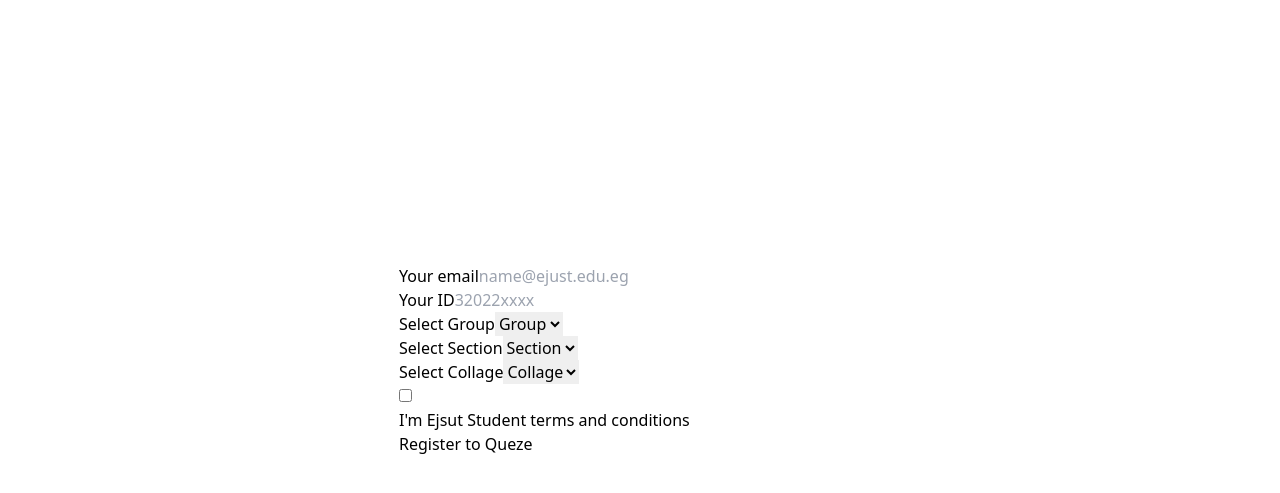
Repository: AbdalrahmanEldeep/FIBOTIC
Page: /
The author's editor kept a copy of each file at every save. The page is drawn from the files as they stood at one save, then again after the next save.
The browser window is 1280 px wide. The pictures show the whole page.
The project was rebuilt for these pictures with package versions that can differ from the ones it lists, and the page was loaded fresh each time. Also part of the build but not shown: vite.config.js, src/pages/protecter.jsx, src/pages/exame.jsx.

Above is the page before, as saved 2023-01-06 22:57:43.

### index.html
<!DOCTYPE html>
<html lang="en">
  <head>
    <meta charset="UTF-8" />
    <link rel="icon" type="image/svg+xml" href="/vite.svg" />
    <meta name="viewport" content="width=device-width, initial-scale=1.0" />
    <title>FIBO</title>
    <!-- Tailwindcss -->
    <link rel="stylesheet" href="/src/global/app.css">
  </head>
  <body>
    <div id="root"></div>
    <script type="module" src="/src/main.jsx"></script>
  </body>
</html>

### src/global/app.css
/*
! tailwindcss v3.2.4 | MIT License | https://tailwindcss.com
*/

/*
1. Prevent padding and border from affecting element width. (https://github.com/mozdevs/cssremedy/issues/4)
2. Allow adding a border to an element by just adding a border-width. (https://github.com/tailwindcss/tailwindcss/pull/116)
*/

*,
::before,
::after {
  box-sizing: border-box;
  /* 1 */
  border-width: 0;
  /* 2 */
  border-style: solid;
  /* 2 */
  border-color: #e5e7eb;
  /* 2 */
}

::before,
::after {
  --tw-content: '';
}

/*
1. Use a consistent sensible line-height in all browsers.
2. Prevent adjustments of font size after orientation changes in iOS.
3. Use a more readable tab size.
4. Use the user's configured `sans` font-family by default.
5. Use the user's configured `sans` font-feature-settings by default.
*/

html {
  line-height: 1.5;
  /* 1 */
  -webkit-text-size-adjust: 100%;
  /* 2 */
  -moz-tab-size: 4;
  /* 3 */
  -o-tab-size: 4;
     tab-size: 4;
  /* 3 */
  font-family: ui-sans-serif, system-ui, -apple-system, BlinkMacSystemFont, "Segoe UI", Roboto, "Helvetica Neue", Arial, "Noto Sans", sans-serif, "Apple Color Emoji", "Segoe UI Emoji", "Segoe UI Symbol", "Noto Color Emoji";
  /* 4 */
  font-feature-settings: normal;
  /* 5 */
}

/*
1. Remove the margin in all browsers.
2. Inherit line-height from `html` so users can set them as a class directly on the `html` element.
*/

body {
  margin: 0;
  /* 1 */
  line-height: inherit;
  /* 2 */
}

/*
1. Add the correct height in Firefox.
2. Correct the inheritance of border color in Firefox. (https://bugzilla.mozilla.org/show_bug.cgi?id=190655)
3. Ensure horizontal rules are visible by default.
*/

hr {
  height: 0;
  /* 1 */
  color: inherit;
  /* 2 */
  border-top-width: 1px;
  /* 3 */
}

/*
Add the correct text decoration in Chrome, Edge, and Safari.
*/

abbr:where([title]) {
  -webkit-text-decoration: underline dotted;
          text-decoration: underline dotted;
}

/*
Remove the default font size and weight for headings.
*/

h1,
h2,
h3,
h4,
h5,
h6 {
  font-size: inherit;
  font-weight: inherit;
}

/*
Reset links to optimize for opt-in styling instead of opt-out.
*/

a {
  color: inherit;
  text-decoration: inherit;
}

/*
Add the correct font weight in Edge and Safari.
*/

b,
strong {
  font-weight: bolder;
}

/*
1. Use the user's configured `mono` font family by default.
2. Correct the odd `em` font sizing in all browsers.
*/

code,
kbd,
samp,
pre {
  font-family: ui-monospace, SFMono-Regular, Menlo, Monaco, Consolas, "Liberation Mono", "Courier New", monospace;
  /* 1 */
  font-size: 1em;
  /* 2 */
}

/*
Add the correct font size in all browsers.
*/

small {
  font-size: 80%;
}

/*
Prevent `sub` and `sup` elements from affecting the line height in all browsers.
*/

sub,
sup {
  font-size: 75%;
  line-height: 0;
  position: relative;
  vertical-align: baseline;
}

sub {
  bottom: -0.25em;
}

sup {
  top: -0.5em;
}

/*
1. Remove text indentation from table contents in Chrome and Safari. (https://bugs.chromium.org/p/chromium/issues/detail?id=999088, https://bugs.webkit.org/show_bug.cgi?id=201297)
2. Correct table border color inheritance in all Chrome and Safari. (https://bugs.chromium.org/p/chromium/issues/detail?id=935729, https://bugs.webkit.org/show_bug.cgi?id=195016)
3. Remove gaps between table borders by default.
*/

table {
  text-indent: 0;
  /* 1 */
  border-color: inherit;
  /* 2 */
  border-collapse: collapse;
  /* 3 */
}

/*
1. Change the font styles in all browsers.
2. Remove the margin in Firefox and Safari.
3. Remove default padding in all browsers.
*/

button,
input,
optgroup,
select,
textarea {
  font-family: inherit;
  /* 1 */
  font-size: 100%;
  /* 1 */
  font-weight: inherit;
  /* 1 */
  line-height: inherit;
  /* 1 */
  color: inherit;
  /* 1 */
  margin: 0;
  /* 2 */
  padding: 0;
  /* 3 */
}

/*
Remove the inheritance of text transform in Edge and Firefox.
*/

button,
select {
  text-transform: none;
}

/*
1. Correct the inability to style clickable types in iOS and Safari.
2. Remove default button styles.
*/

button,
[type='button'],
[type='reset'],
[type='submit'] {
  -webkit-appearance: button;
  /* 1 */
  background-color: transparent;
  /* 2 */
  background-image: none;
  /* 2 */
}

/*
Use the modern Firefox focus style for all focusable elements.
*/

:-moz-focusring {
  outline: auto;
}

/*
Remove the additional `:invalid` styles in Firefox. (https://github.com/mozilla/gecko-dev/blob/2f9eacd9d3d995c937b4251a5557d95d494c9be1/layout/style/res/forms.css#L728-L737)
*/

:-moz-ui-invalid {
  box-shadow: none;
}

/*
Add the correct vertical alignment in Chrome and Firefox.
*/

progress {
  vertical-align: baseline;
}

/*
Correct the cursor style of increment and decrement buttons in Safari.
*/

::-webkit-inner-spin-button,
::-webkit-outer-spin-button {
  height: auto;
}

/*
1. Correct the odd appearance in Chrome and Safari.
2. Correct the outline style in Safari.
*/

[type='search'] {
  -webkit-appearance: textfield;
  /* 1 */
  outline-offset: -2px;
  /* 2 */
}

/*
Remove the inner padding in Chrome and Safari on macOS.
*/

::-webkit-search-decoration {
  -webkit-appearance: none;
}

/*
1. Correct the inability to style clickable types in iOS and Safari.
2. Change font properties to `inherit` in Safari.
*/

::-webkit-file-upload-button {
  -webkit-appearance: button;
  /* 1 */
  font: inherit;
  /* 2 */
}

/*
Add the correct display in Chrome and Safari.
*/

summary {
  display: list-item;
}

/*
Removes the default spacing and border for appropriate elements.
*/

blockquote,
dl,
dd,
h1,
h2,
h3,
h4,
h5,
h6,
hr,
figure,
p,
pre {
  margin: 0;
}

fieldset {
  margin: 0;
  padding: 0;
}

legend {
  padding: 0;
}

ol,
ul,
menu {
  list-style: none;
  margin: 0;
  padding: 0;
}

/*
Prevent resizing textareas horizontally by default.
*/

textarea {
  resize: vertical;
}

/*
1. Reset the default placeholder opacity in Firefox. (https://github.com/tailwindlabs/tailwindcss/issues/3300)
2. Set the default placeholder color to the user's configured gray 400 color.
*/

input::-moz-placeholder, textarea::-moz-placeholder {
  opacity: 1;
  /* 1 */
  color: #9ca3af;
  /* 2 */
}

input::placeholder,
textarea::placeholder {
  opacity: 1;
  /* 1 */
  color: #9ca3af;
  /* 2 */
}

/*
Set the default cursor for buttons.
*/

button,
[role="button"] {
  cursor: pointer;
}

/*
Make sure disabled buttons don't get the pointer cursor.
*/

:disabled {
  cursor: default;
}

/*
1. Make replaced elements `display: block` by default. (https://github.com/mozdevs/cssremedy/issues/14)
2. Add `vertical-align: middle` to align replaced elements more sensibly by default. (https://github.com/jensimmons/cssremedy/issues/14#issuecomment-634934210)
   This can trigger a poorly considered lint error in some tools but is included by design.
*/

img,
svg,
video,
canvas,
audio,
iframe,
embed,
object {
  display: block;
  /* 1 */
  vertical-align: middle;
  /* 2 */
}

/*
Constrain images and videos to the parent width and preserve their intrinsic aspect ratio. (https://github.com/mozdevs/cssremedy/issues/14)
*/

img,
video {
  max-width: 100%;
  height: auto;
}

/* Make elements with the HTML hidden attribute stay hidden by default */

[hidden] {
  display: none;
}

*, ::before, ::after {
  --tw-border-spacing-x: 0;
  --tw-border-spacing-y: 0;
  --tw-translate-x: 0;
  --tw-translate-y: 0;
  --tw-rotate: 0;
  --tw-skew-x: 0;
  --tw-skew-y: 0;
  --tw-scale-x: 1;
  --tw-scale-y: 1;
  --tw-pan-x:  ;
  --tw-pan-y:  ;
  --tw-pinch-zoom:  ;
  --tw-scroll-snap-strictness: proximity;
  --tw-ordinal:  ;
  --tw-slashed-zero:  ;
  --tw-numeric-figure:  ;
  --tw-numeric-spacing:  ;
  --tw-numeric-fraction:  ;
  --tw-ring-inset:  ;
  --tw-ring-offset-width: 0px;
  --tw-ring-offset-color: #fff;
  --tw-ring-color: rgb(59 130 246 / 0.5);
  --tw-ring-offset-shadow: 0 0 #0000;
  --tw-ring-shadow: 0 0 #0000;
  --tw-shadow: 0 0 #0000;
  --tw-shadow-colored: 0 0 #0000;
  --tw-blur:  ;
  --tw-brightness:  ;
  --tw-contrast:  ;
  --tw-grayscale:  ;
  --tw-hue-rotate:  ;
  --tw-invert:  ;
  --tw-saturate:  ;
  --tw-sepia:  ;
  --tw-drop-shadow:  ;
  --tw-backdrop-blur:  ;
  --tw-backdrop-brightness:  ;
  --tw-backdrop-contrast:  ;
  --tw-backdrop-grayscale:  ;
  --tw-backdrop-hue-rotate:  ;
  --tw-backdrop-invert:  ;
  --tw-backdrop-opacity:  ;
  --tw-backdrop-saturate:  ;
  --tw-backdrop-sepia:  ;
}

::backdrop {
  --tw-border-spacing-x: 0;
  --tw-border-spacing-y: 0;
  --tw-translate-x: 0;
  --tw-translate-y: 0;
  --tw-rotate: 0;
  --tw-skew-x: 0;
  --tw-skew-y: 0;
  --tw-scale-x: 1;
  --tw-scale-y: 1;
  --tw-pan-x:  ;
  --tw-pan-y:  ;
  --tw-pinch-zoom:  ;
  --tw-scroll-snap-strictness: proximity;
  --tw-ordinal:  ;
  --tw-slashed-zero:  ;
  --tw-numeric-figure:  ;
  --tw-numeric-spacing:  ;
  --tw-numeric-fraction:  ;
  --tw-ring-inset:  ;
  --tw-ring-offset-width: 0px;
  --tw-ring-offset-color: #fff;
  --tw-ring-color: rgb(59 130 246 / 0.5);
  --tw-ring-offset-shadow: 0 0 #0000;
  --tw-ring-shadow: 0 0 #0000;
  --tw-shadow: 0 0 #0000;
  --tw-shadow-colored: 0 0 #0000;
  --tw-blur:  ;
  --tw-brightness:  ;
  --tw-contrast:  ;
  --tw-grayscale:  ;
  --tw-hue-rotate:  ;
  --tw-invert:  ;
  --tw-saturate:  ;
  --tw-sepia:  ;
  --tw-drop-shadow:  ;
  --tw-backdrop-blur:  ;
  --tw-backdrop-brightness:  ;
  --tw-backdrop-contrast:  ;
  --tw-backdrop-grayscale:  ;
  --tw-backdrop-hue-rotate:  ;
  --tw-backdrop-invert:  ;
  --tw-backdrop-opacity:  ;
  --tw-backdrop-saturate:  ;
  --tw-backdrop-sepia:  ;
}

### src/main.jsx
import ReactDOM  from "react-dom/client";
import { Root } from "./router/Root";
import 'flowbite';

const root = ReactDOM.createRoot(document.querySelector("#root"));

root.render(
  <Root/>
)

### src/router/Root.jsx
import React from 'react'
import { BrowserRouter, Route, Routes } from 'react-router-dom'
import Home from '../pages/home'
import Protecter from '../pages/protecter'
import Aboute from '../pages/exame'

export const Root = () => {
  return (
    <BrowserRouter>
        <Routes>
            <Route path="/" element={<Protecter statuse={true}><Home/></Protecter>}/>
            <Route path="/exame" element={<Protecter statuse={true}><Aboute/></Protecter>}/>
        </Routes>
    </BrowserRouter>
  )
}

### src/pages/home.jsx
import React from 'react'
import styled from 'styled-components'
import { Form } from '../components/Form'

const Container = styled.div`

  position: fixed;
  top: 50%;
  left: 50%;
  transform: translate(-50%,-50%);
  width: 80%;
  margin: 0 auto;
  @media screen and (min-width:976px) {
    width: 40%;
  }
`

export default function Home() {
  return (
    <>
    <Container>
      <Form/>
    </Container>
    </>
  )
}

### src/components/Form.jsx
import React from 'react'

export const Form = () => {
  return (

        <form className='shadow' style={{padding:"15px"}}>
            <div className="mb-6">
                <label htmlFor="email" className="block mb-2 text-sm font-medium text-gray-900 dark:text-white">Your email</label>
                <input type="email" id="email" className="w-full shadow-sm bg-gray-50 border border-gray-300 text-gray-900 text-sm rounded focus:ring-blue-500 focus:border-blue-500 block p-2.5 dark:bg-gray-700 dark:border-gray-600 dark:placeholder-gray-400 dark:text-white dark:focus:ring-blue-500 dark:focus:border-blue-500 dark:shadow-sm-light" placeholder="name@ejust.edu.eg" required />
            </div>
            <div className="mb-6">
                <label htmlFor="stdid" className="block mb-2 text-sm font-medium text-gray-900 dark:text-white">Your ID</label>
                <input type="text" id="stdid" placeholder='32022xxxx' className="shadow-sm bg-gray-50 border border-gray-300 text-gray-900 text-sm rounded focus:ring-blue-500 focus:border-blue-500 block w-full p-2.5 dark:bg-gray-700 dark:border-gray-600 dark:placeholder-gray-400 dark:text-white dark:focus:ring-blue-500 dark:focus:border-blue-500 dark:shadow-sm-light" required />
            </div>
            <div className="flex flex-col gap-2 items-start mb-6">
                <label htmlFor="countries" className="block mb-2 text-sm font-medium text-gray-900 dark:text-white">Select Group</label>
                <select id="countries" className="bg-gray-50 border border-gray-300 text-gray-900 text-sm rounded focus:ring-blue-500 focus:border-blue-500 block w-full p-2.5 dark:bg-gray-700 dark:border-gray-600 dark:placeholder-gray-400 dark:text-white dark:focus:ring-blue-500 dark:focus:border-blue-500">
                    <option defaultValue="Group">Group</option>
                    <option value="US">G1</option>
                    <option value="CA">G2</option>
                    <option value="FR">G3</option>
                    <option value="DE">G4</option>
                </select>
            </div>
            <div className="flex flex-col gap-2 items-start mb-6">
                <label htmlFor="countries" className="block mb-2 text-sm font-medium text-gray-900 dark:text-white">Select Section</label>
                <select id="countries" className="bg-gray-50 border border-gray-300 text-gray-900 text-sm rounded focus:ring-blue-500 focus:border-blue-500 block w-full p-2.5 dark:bg-gray-700 dark:border-gray-600 dark:placeholder-gray-400 dark:text-white dark:focus:ring-blue-500 dark:focus:border-blue-500">
                    <option defaultValue="Section">Section</option>
                    <option value="1">S1</option>
                    <option value="2">S2</option>
                    <option value="3">S3</option>
                </select>
            </div>
            <div className="flex flex-col gap-2 items-start mb-6">
                <label htmlFor="countries" className="block mb-2 text-sm font-medium text-gray-900 dark:text-white">Select Collage</label>
                <select id="countries" className="bg-gray-50 border border-gray-300 text-gray-900 text-sm rounded focus:ring-blue-500 focus:border-blue-500 block w-full p-2.5 dark:bg-gray-700 dark:border-gray-600 dark:placeholder-gray-400 dark:text-white dark:focus:ring-blue-500 dark:focus:border-blue-500">
                    <option defaultValue="Collage">Collage</option>
                    <option value="CSIT">CSIT</option>
                </select>
            </div>
            <div className="flex items-start mb-6">
                <div className="flex items-center h-5">
                <input id="terms" type="checkbox" value="" className="w-4 h-4 border border-gray-300 rounded bg-gray-50 focus:ring-3 focus:ring-blue-300 dark:bg-gray-700 dark:border-gray-600 dark:focus:ring-blue-600 dark:ring-offset-gray-800" required />
                </div>
                <label htmlFor="terms" className="ml-2 text-sm font-medium text-gray-900 dark:text-gray-300">I'm Ejsut Student  <a href="#" className="text-blue-600 hover:underline dark:text-blue-500">terms and conditions</a></label>
            </div>
            <button type="submit" className="text-white bg-blue-700 hover:bg-blue-800 focus:ring-4 focus:outline-none focus:ring-blue-300 font-medium rounded text-sm px-5 py-2.5 text-center dark:bg-blue-600 dark:hover:bg-blue-700 dark:focus:ring-blue-800">Register to Queze</button>
        </form>


  )
}

After the next save:
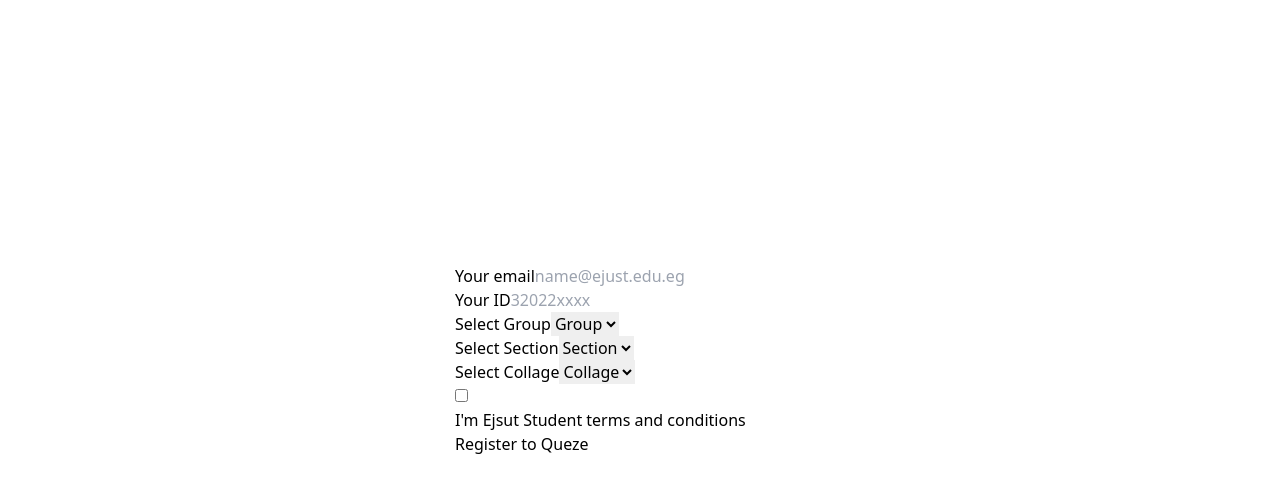
Saved 6 s later.
--- a/src/pages/home.jsx
+++ b/src/pages/home.jsx
@@ -11,7 +11,7 @@ const Container = styled.div`
   width: 80%;
   margin: 0 auto;
   @media screen and (min-width:976px) {
-    width: 40%;
+    width: 400px;
   }
 `
 
